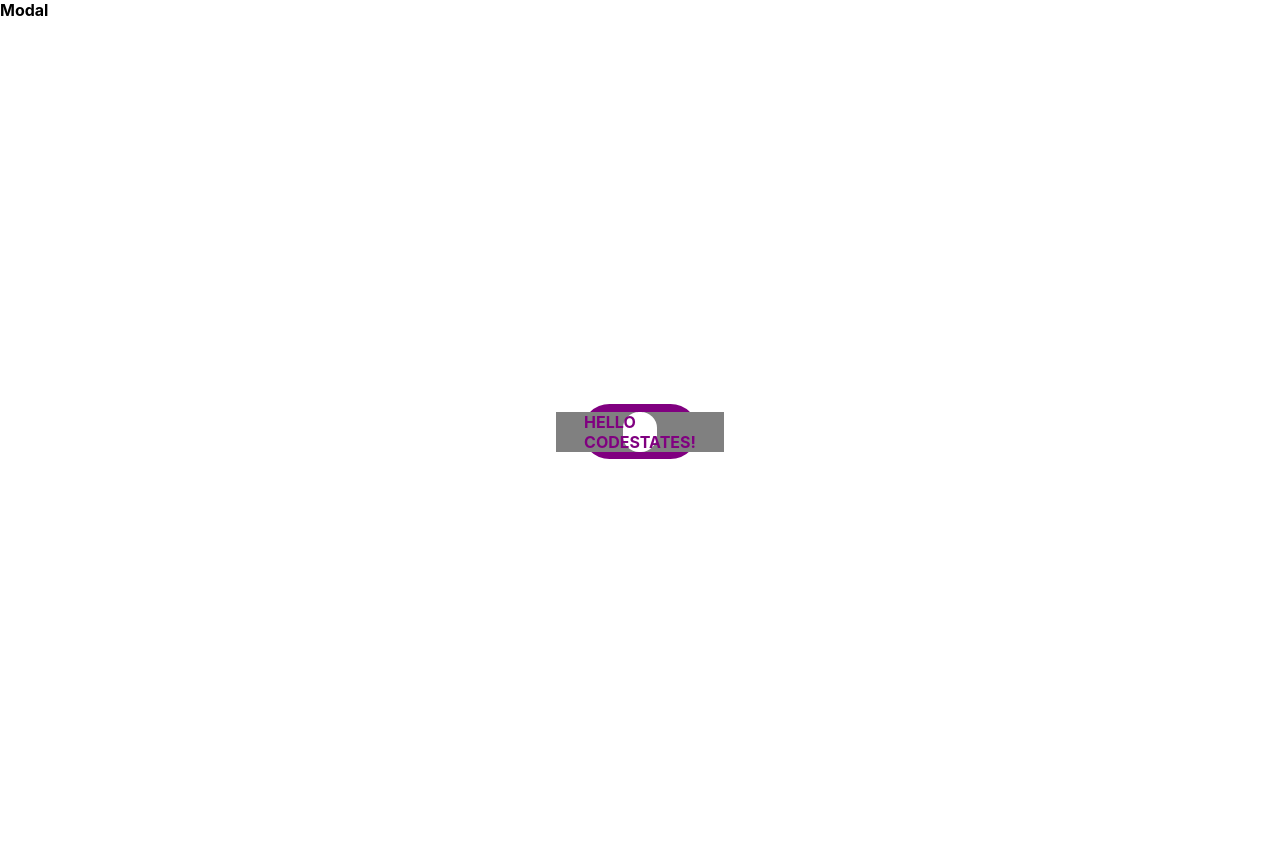
Repository: janghwahyun/wanted_pre_onboarding
Page: /Modal, after clicking the first element matching `button.sc-dcJsrY`
The author's editor kept a copy of each file at every save. The page is drawn from the files as they stood at one save, then again after the next save.
The browser window is 1280 px wide. The pictures show the whole page.
The project was rebuilt for these pictures with package versions that can differ from the ones it lists, and the page was loaded fresh each time. Also part of the build but not shown: src/component/ClickToEdit.js, src/component/Tab.js, src/component/Tag.js, src/component/Toggle.js.

Above is the page before, as saved 2022-02-11 15:04:09.

After the next save:
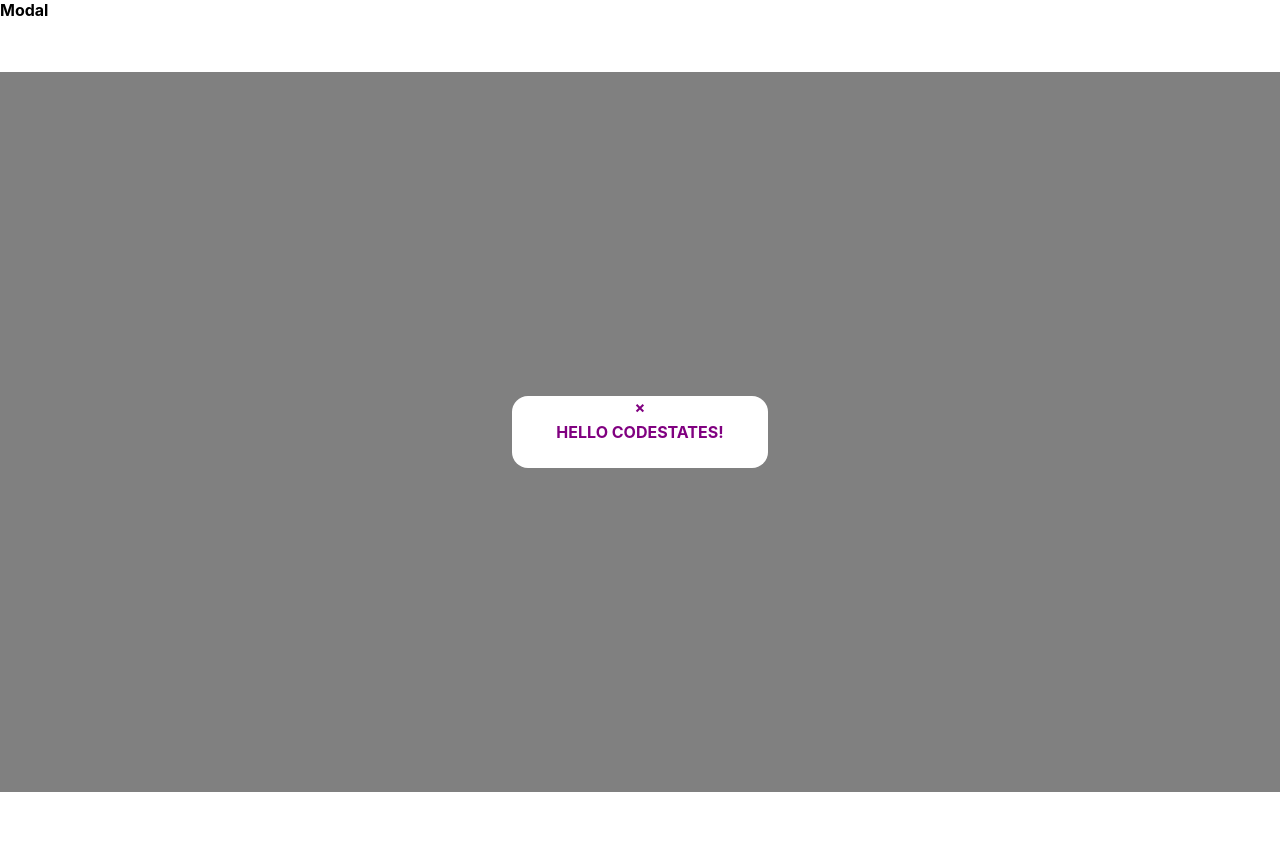
Saved 4 s later.
--- a/src/component/Modal.js
+++ b/src/component/Modal.js
@@ -22,7 +22,7 @@ const Modal = props => {
         </ModalBtn>
 
         {isOn ? (
-          <ModalBackdrop onClick={openModalHandler}>
+          <ModalBackdrop {...styles} onClick={openModalHandler}>
             <ModalView onClick={_onClick}>
               <div className="close-btn" onClick={openModalHandler}>
                 &times;
